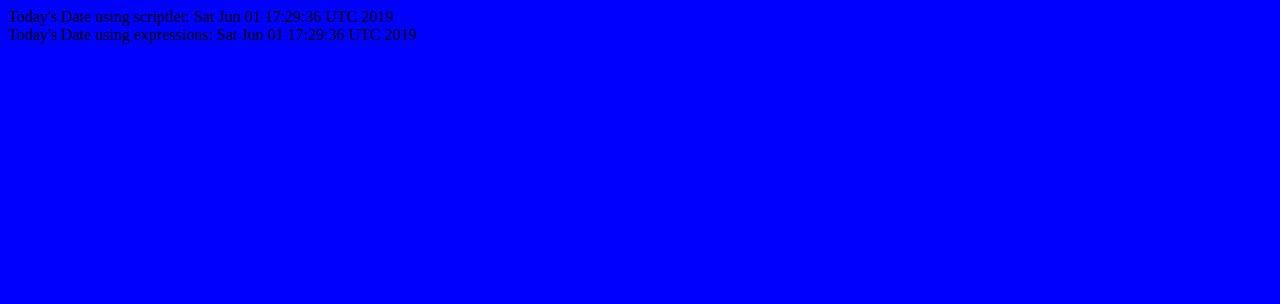
Repository: somakbha/CodeBackUP
Page: http://localhost/HelloJSP/table.jsp
An editor plug-in stored every save of this project. The page is shown before and after the next save, followed by the edit.
The browser window is 1280 px wide. The pictures show the whole page.
The page is served by Tomcat 9.

Above is the page before, as saved 2019-06-03 15:38:43.

### J2EE-Practice/HelloJSP/WebContent/table.jsp
<%@ page language="java" contentType="text/html; charset=UTF-8"
    pageEncoding="UTF-8"%>
<!DOCTYPE html PUBLIC "-//W3C//DTD HTML 4.01 Transitional//EN" "http://www.w3.org/TR/html4/loose.dtd">
<html>
<head>
<meta http-equiv="Content-Type" content="text/html; charset=UTF-8">
<title>First JSP</title>
</head>
<body bgcolor="blue">

<!-- two different ways to display the dynamic output of today's date -->

<!-- using out.println method inside scriptlet -->
Today's Date using scriptlet: <%out.println(new java.util.Date()); %></br>

<!-- using expression tags -->

Today's Date using expressions: <%= new java.util.Date()%>
</body>
</html>

After the next save:
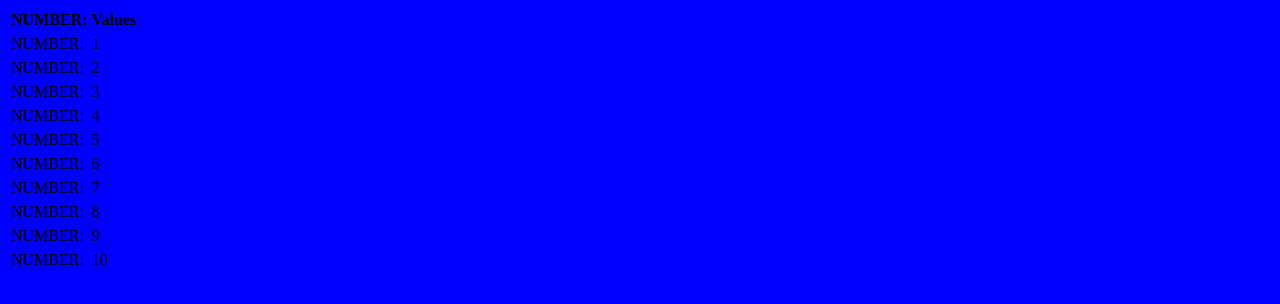
Saved 23 min 9 s later.
--- a/J2EE-Practice/HelloJSP/WebContent/table.jsp
+++ b/J2EE-Practice/HelloJSP/WebContent/table.jsp
@@ -8,13 +8,17 @@
 </head>
 <body bgcolor="blue">
 
-<!-- two different ways to display the dynamic output of today's date -->
+<!-- Create a table dynamically -->
 
-<!-- using out.println method inside scriptlet -->
-Today's Date using scriptlet: <%out.println(new java.util.Date()); %></br>
+<table>
+<tr><th>NUMBER:</th><th>Values</th><tr>
 
-<!-- using expression tags -->
+<%for (int i=0;i<10;i++) {%>
 
-Today's Date using expressions: <%= new java.util.Date()%>
+<tr><td>NUMBER:</td><td><%out.println(i+1); %></td><tr>
+<%} %>
+</table>
+
+
 </body>
 </html>
